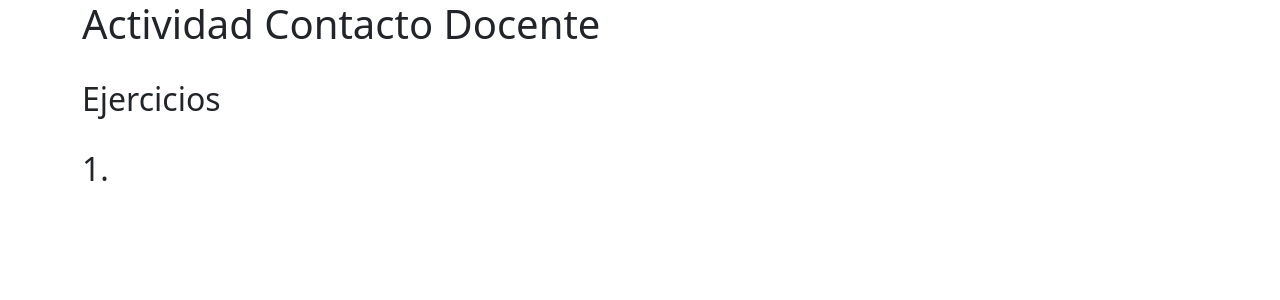
Repository: Jchimbo99/Actvidad1
Page: / (app in typescript-actividad/)
These files come from the project's save history. The page is drawn as it stood at one moment and after the next save; the edit follows.
The browser window is 1280 px wide. The pictures show the whole page.
The project was rebuilt for these pictures with package versions that can differ from the ones it lists, and the page was loaded fresh each time. Also part of the build but not shown: typescript-actividad/vite.config.ts.

Above is the page before, as saved 2025-01-22 20:22:47.

After the next save:
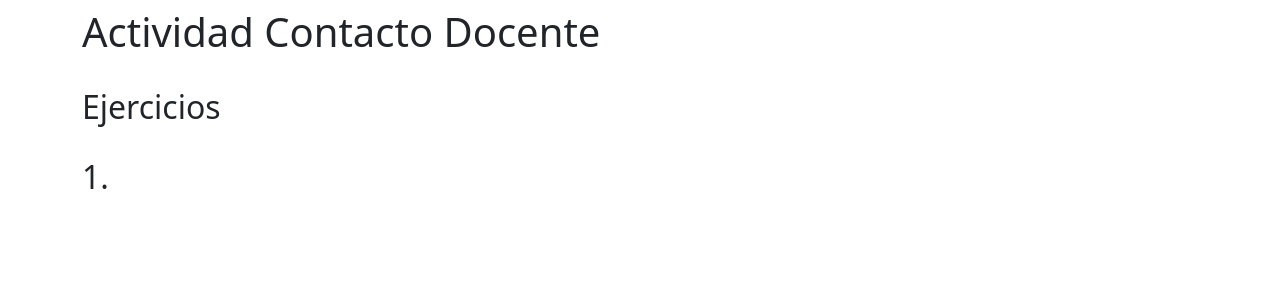
Saved 4 s later.
--- a/typescript-actividad/src/App.tsx
+++ b/typescript-actividad/src/App.tsx
@@ -2,7 +2,7 @@
 export const App = () => {
   return (
 
-    <div className="">
+    <div className="mt-2">
       <h1>Actividad Contacto Docente</h1>
       <br />
       <h2>Ejercicios</h2>
